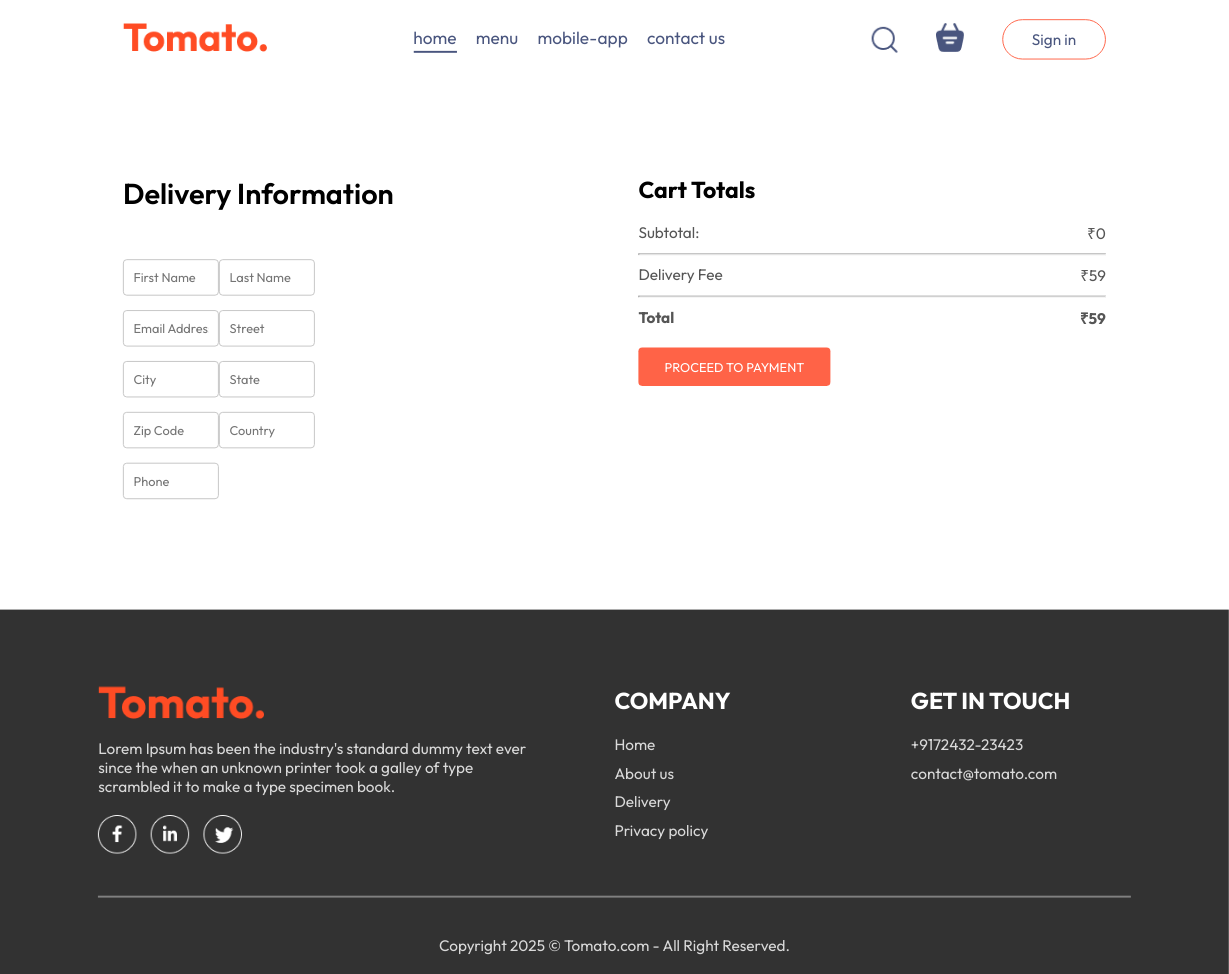
Repository: KartikChouhan03/food-delivery-app
Page: /order (app in frontend/)
These files come from the project's save history. The page is drawn as it stood at one moment and after the next save; the edit follows.
The browser window is 1280 px wide. The pictures show the whole page, at 96% of full size.
Some web fonts or font styles are not loaded; a fallback is used. The project was rebuilt for these pictures with package versions that can differ from the ones it lists, and the page was loaded fresh each time. Also part of the build but not shown: frontend/vite.config.js, frontend/src/components/Header/Header.css, frontend/src/components/Header/Header.jsx, frontend/src/components/ExploreMenu/ExploreMenu.css, frontend/src/components/ExploreMenu/ExploreMenu.jsx, frontend/src/components/FoodDisplay/FoodDisplay.css, frontend/src/components/FoodItem/FoodItem.css, frontend/src/components/FoodItem/FoodItem.jsx and 7 more.

Above is the page before, as saved 2025-08-16 15:26:06.

After the next save:
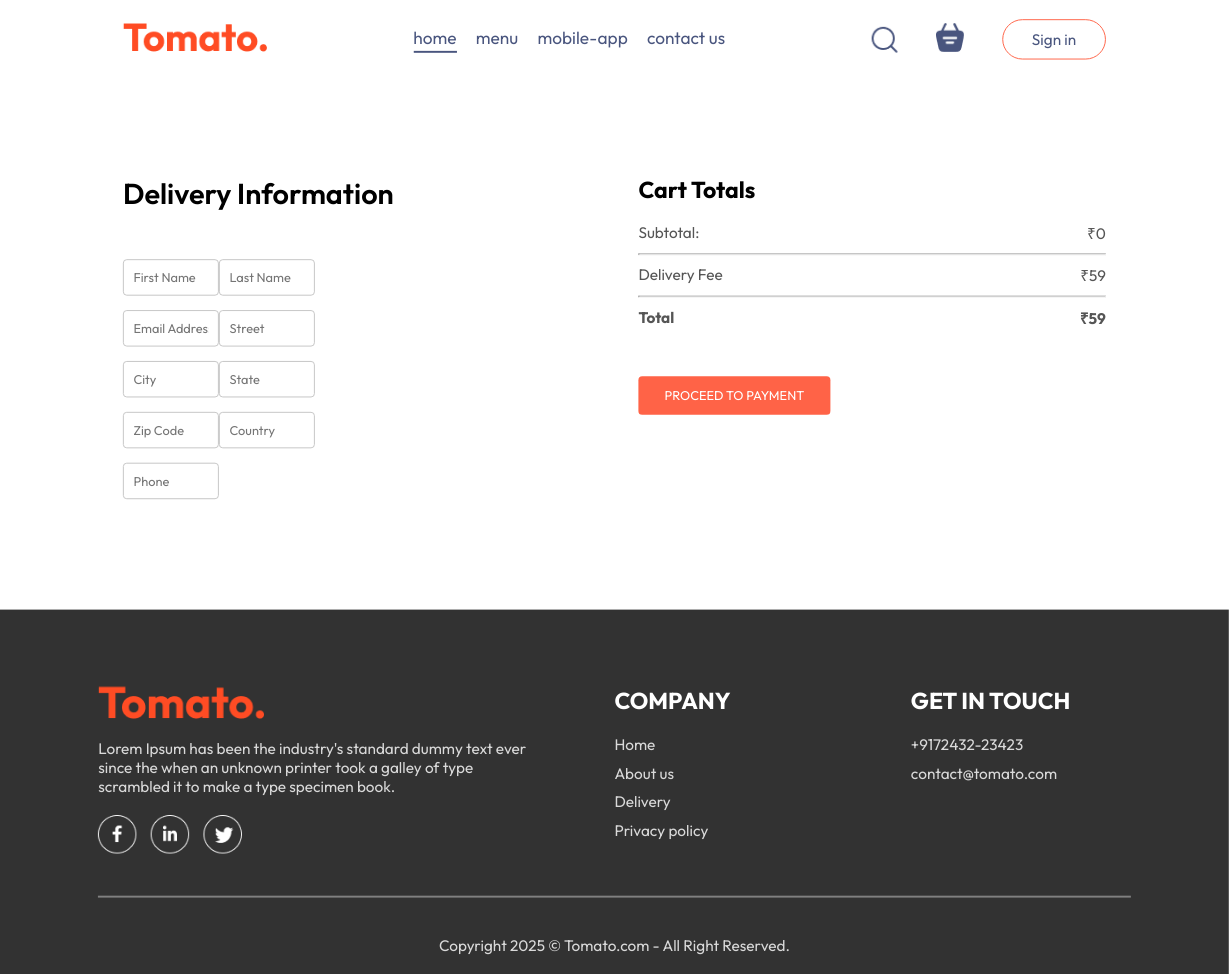
Saved 34 s later.
--- a/frontend/src/pages/PlaceOrder/PlaceOrder.css
+++ b/frontend/src/pages/PlaceOrder/PlaceOrder.css
@@ -35,3 +35,7 @@
     width: 100%;
     max-width: max(40%,500px);
 }
+
+.place-order .cart-total button{
+    margin-top: 30px;
+}
